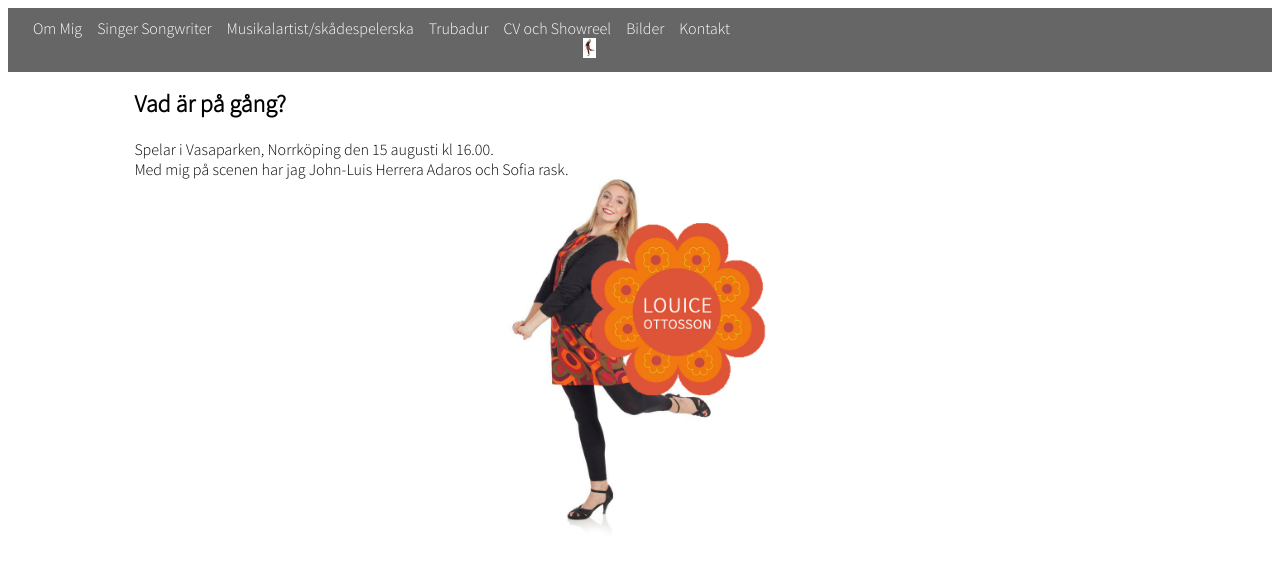
Repository: MarkusGirdland/LouiceOttosson
Page: index.html
The author's editor kept a record of every edit. The page is drawn from the files as they stood at one moment, then again after the next edit.
The browser window is 1280 px wide. The pictures show the whole page.

Above is the page before.

After the next edit:
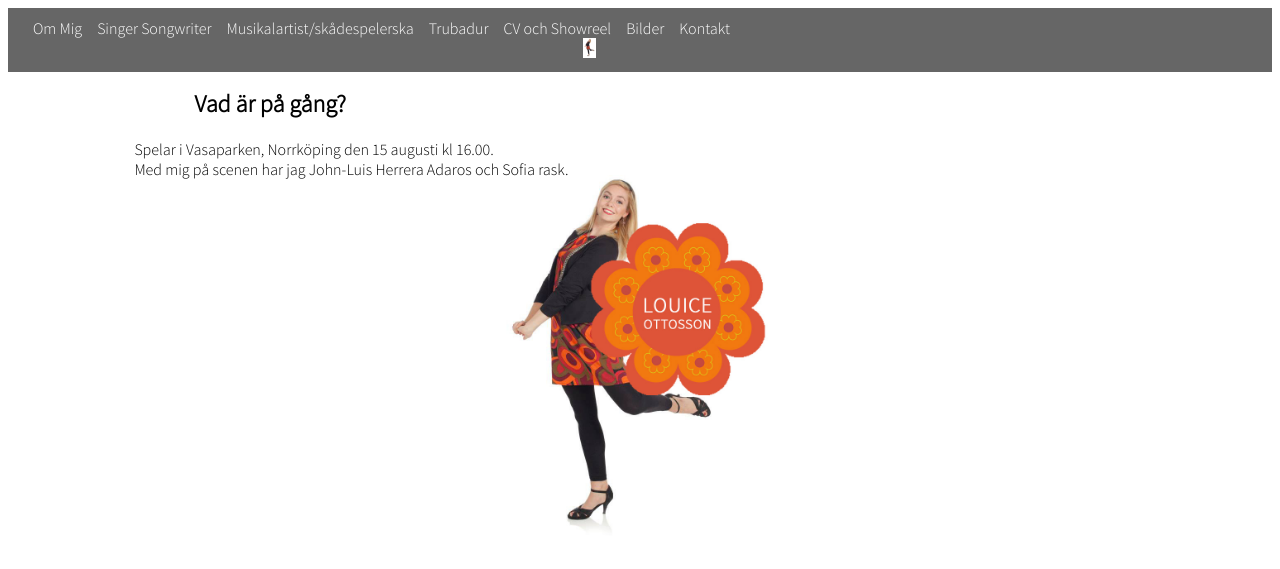
The edit:
--- a/css/basic.css
+++ b/css/basic.css
@@ -110,6 +110,10 @@
 .indexText {
     margin-left: 10%;
     font-family: "SourceSansLight";
+}
+
+#indexh2 {
+    padding-left: 60px;
 }
 
 #CVtext .CVlink{
